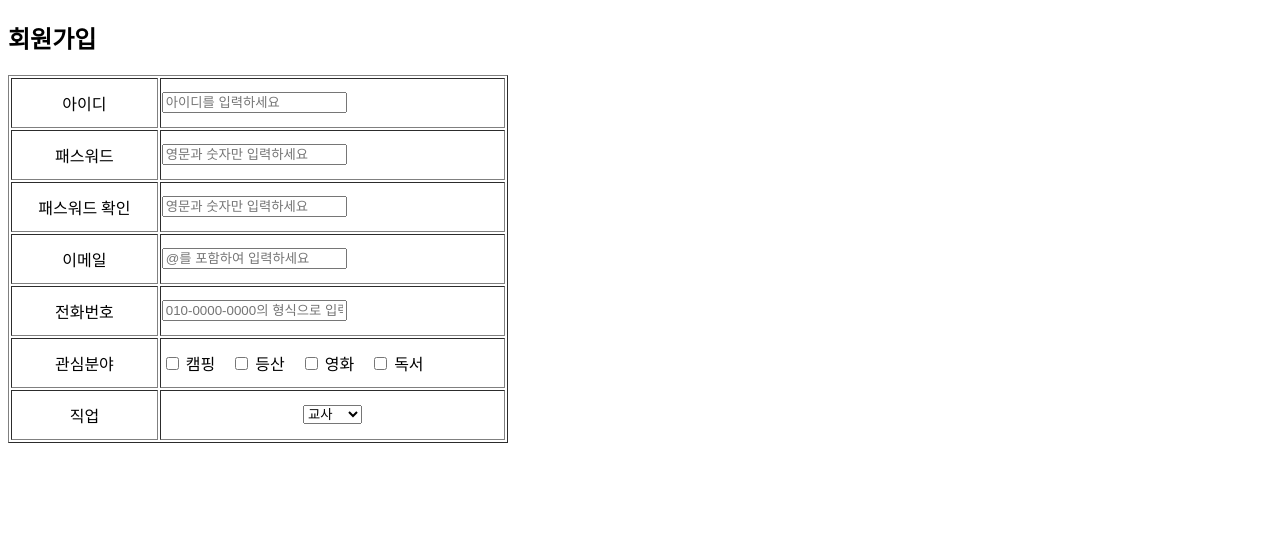
Repository: ohseung-web/OTjsp2026
Page: http://localhost/chapter/Request/RequestJoin.jsp
The author's editor kept a copy of each file at every save. The page is drawn from the files as they stood at one save, then again after the next save.
The browser window is 1280 px wide. The pictures show the whole page.
The page is served by Tomcat 9.

Above is the page before, as saved 2026-10-18 01:30:19.

After the next save:
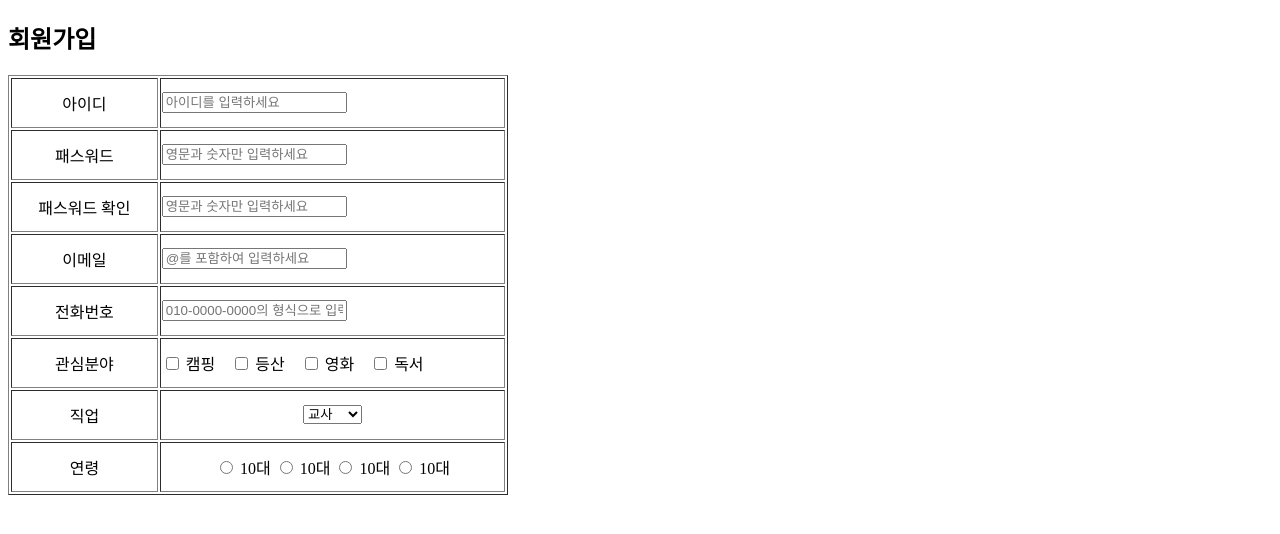
Saved 3 min 40 s later.
--- a/chapter/src/main/webapp/Request/RequestJoin.jsp
+++ b/chapter/src/main/webapp/Request/RequestJoin.jsp
@@ -64,6 +64,19 @@
 					</select>
 				</td>
 			</tr>
+			<tr height="50">
+				<td width="150" align="center">연령</td>
+				<td width="350" align="center">
+					<input type="radio" name="age" vlaue="10대" id="teenage">
+					<label for="teenage">10대</label>
+					<input type="radio" name="age" vlaue="10대" id="teenage">
+					<label for="teenage">10대</label>
+					<input type="radio" name="age" vlaue="10대" id="teenage">
+					<label for="teenage">10대</label>
+					<input type="radio" name="age" vlaue="10대" id="teenage">
+					<label for="teenage">10대</label>
+				</td>
+			</tr>
 		</table>
 
 	</form>
